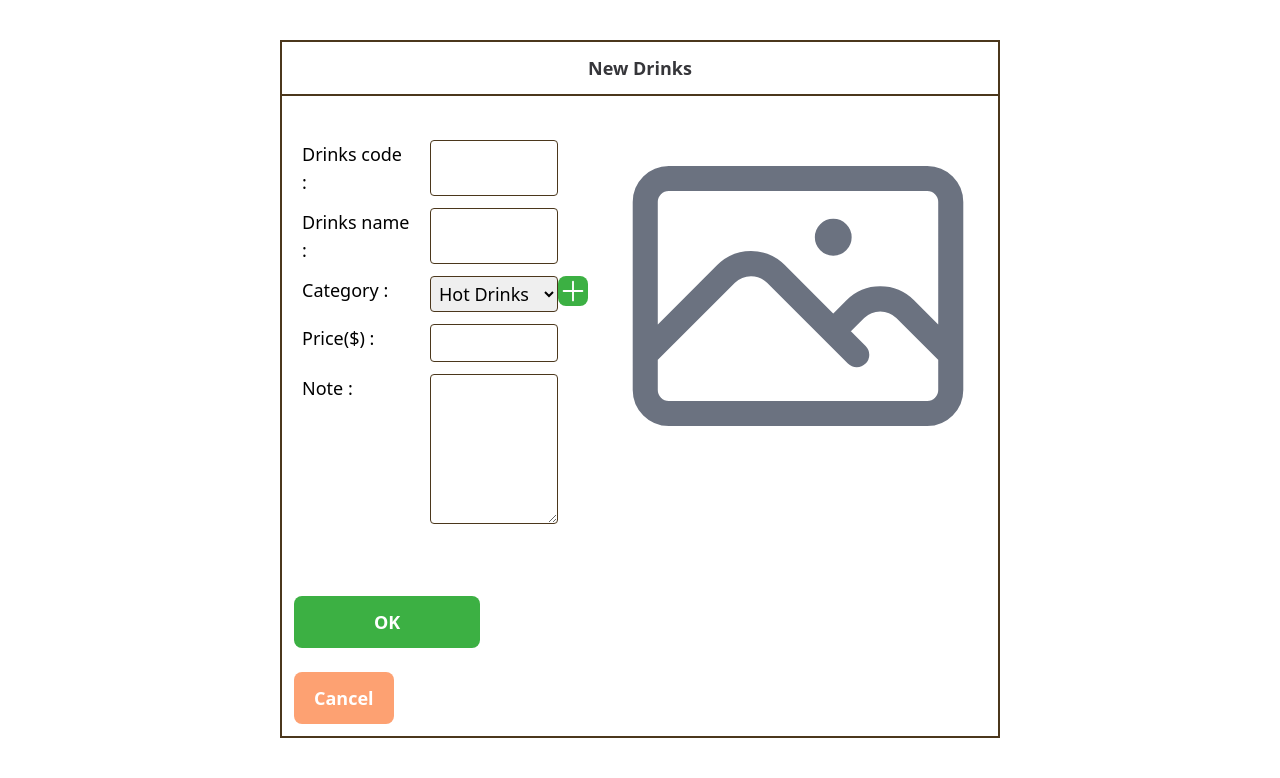
Repository: Dapravith/Midterm-SE-GIC-Cafe-Project-Group16
Page: bin/main/templates/addDrink.html
An editor plug-in stored every save of this project. The page is shown before and after the next save, followed by the edit.
The browser window is 1280 px wide. The pictures show the whole page.
Some web libraries are served in a nearby version.

Above is the page before, as saved 2023-05-17 08:40:09.

After the next save:
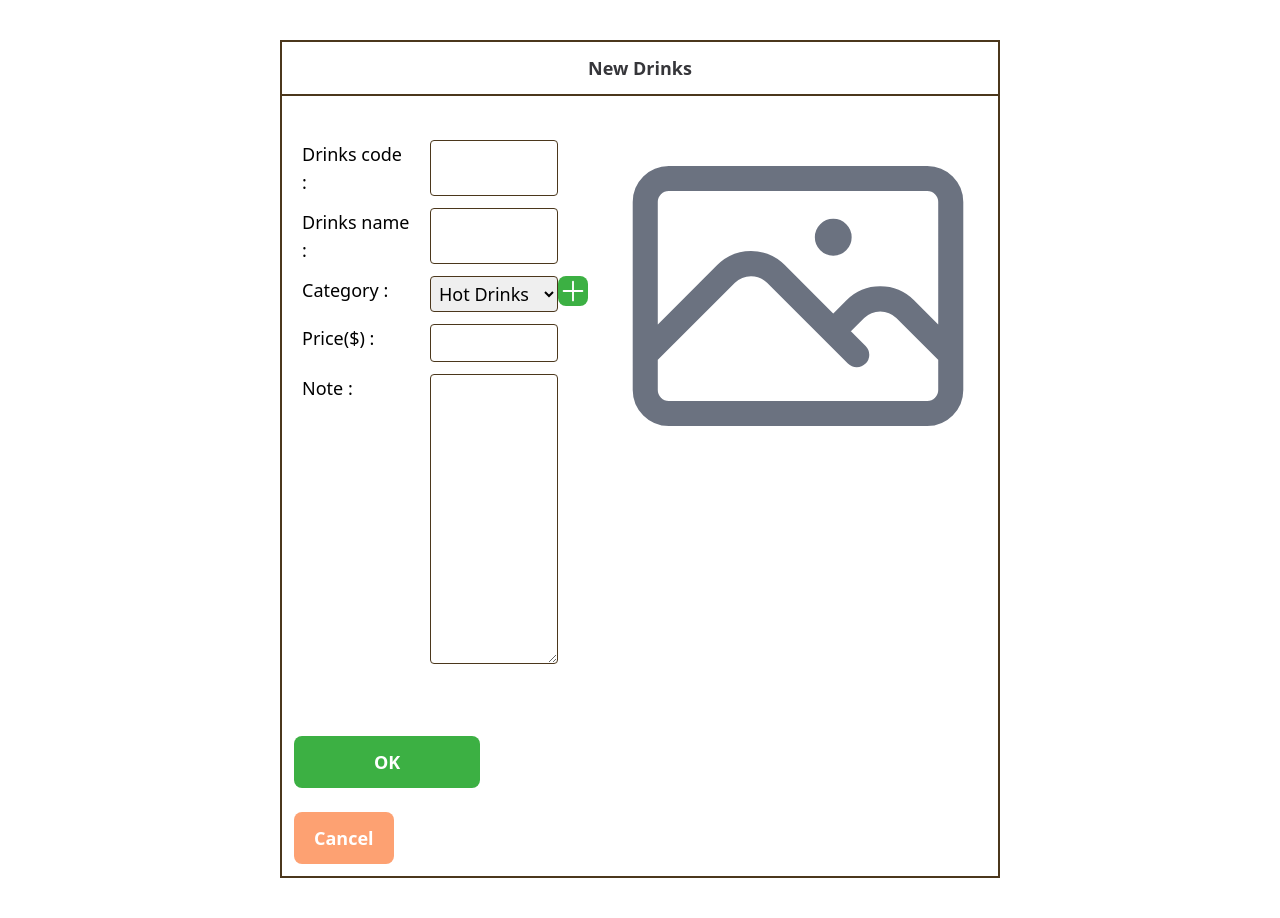
Saved 37 s later.
--- a/bin/main/templates/addDrink.html
+++ b/bin/main/templates/addDrink.html
@@ -70,7 +70,7 @@
                         </div>
                         <div class="grid grid-cols-2 mt-3">
                             <label class="mr-5" for="note">Note :</label>
-                            <textarea id="note" cols="90" rows="5" name="" class="p-1 w-full border-[1px] border-solid border-[#4B371C] rounded resize-x"> </textarea>
+                            <textarea id="note" cols="90" rows="10" name="" class="p-1 w-full border-[1px] border-solid border-[#4B371C] rounded resize-x"> </textarea>
                         </div>
                     </form>
                 </div>
